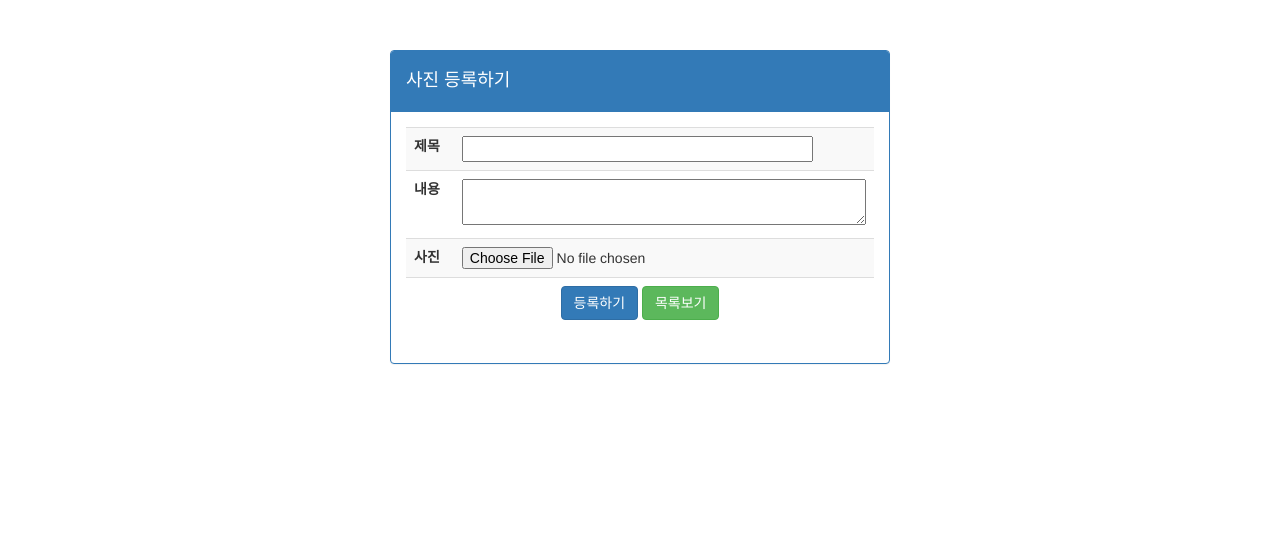
Repository: simDev1234/WebStudy
Page: http://localhost/2022_0607_PhotoGallery/photo/photo_insert_form.jsp
An editor plug-in stored every save of this project. The page is shown before and after a run of saves, followed by the edit.
The browser window is 1280 px wide. The pictures show the whole page.
The page is served by Tomcat 9.

Above is the page before, as saved 2022-06-08 03:05:10.

After the next 2 saves:
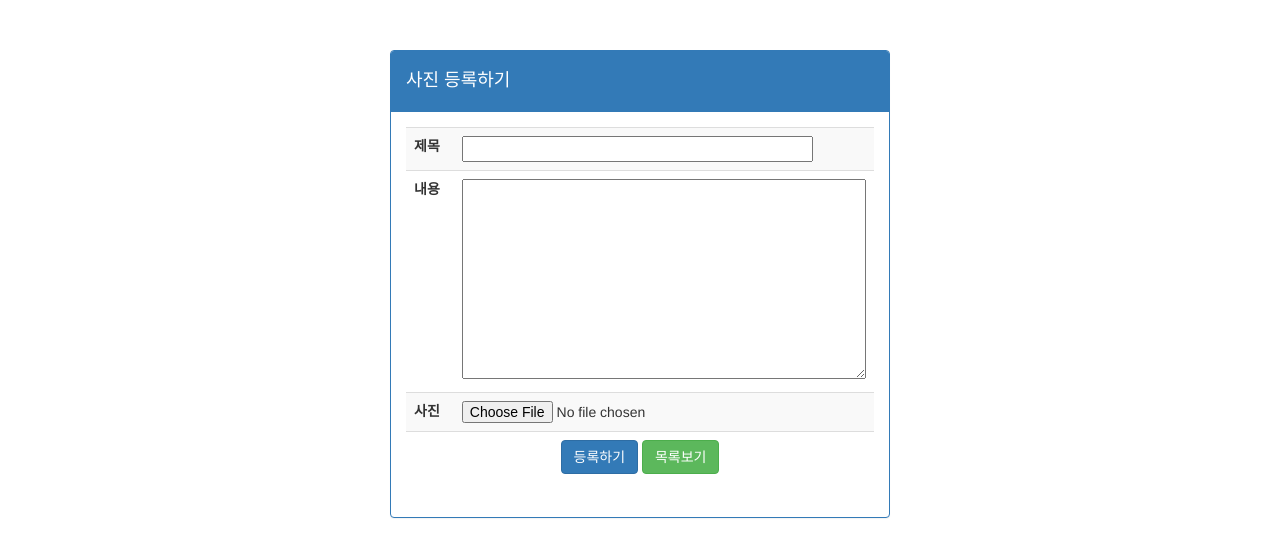
The 2 saves are shown as one change because they came seconds apart.
The last was saved 12 s later.
--- a/_01_상반기_WebStudy/2022_0607_PhotoGallery/src/main/webapp/photo/photo_insert_form.jsp
+++ b/_01_상반기_WebStudy/2022_0607_PhotoGallery/src/main/webapp/photo/photo_insert_form.jsp
@@ -17,6 +17,7 @@
 
     textarea{
        width : 100%;
+       height : 200px;
     }
 </style>
 </head>
